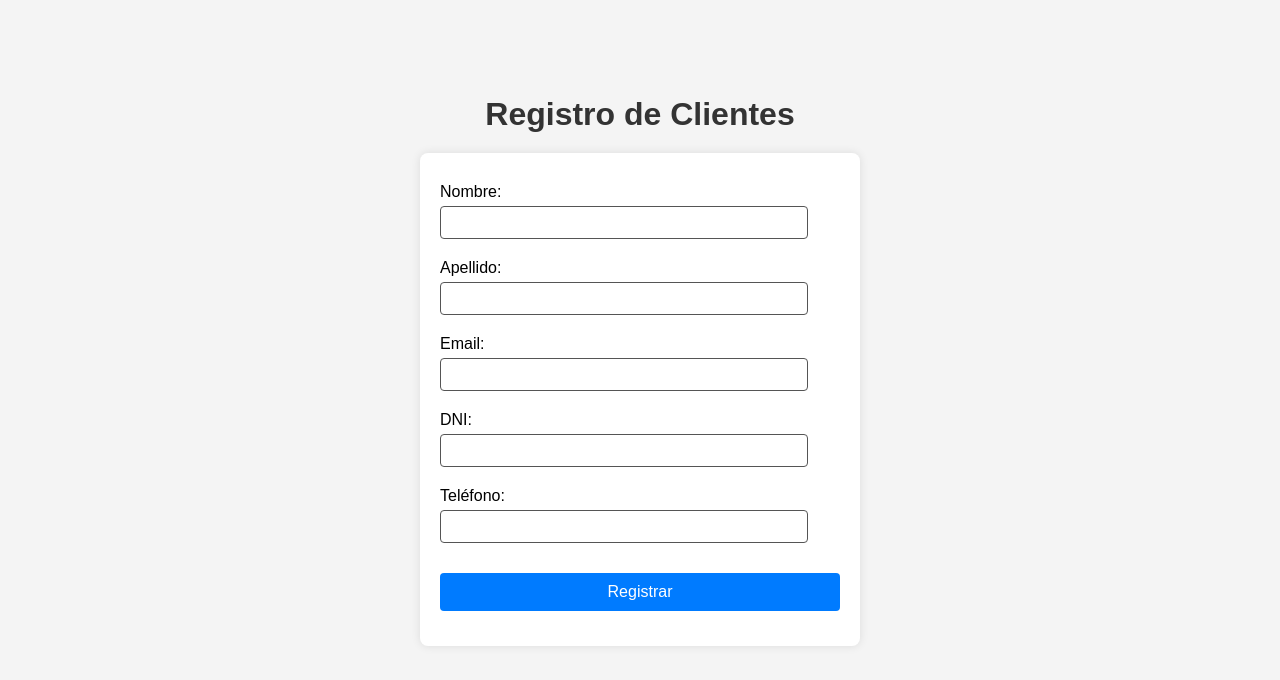
Repository: kevinqg0/Proyecto-Final-Gestion-Hotelera
Page: http://localhost/ProyectoGestionHotelera/RegistroCliente.jsp
An editor plug-in stored every save of this project. The page is shown before and after the next save, followed by the edit.
The browser window is 1280 px wide. The pictures show the whole page.
The page is served by Tomcat 9.

Above is the page before, as saved 2024-10-23 00:48:39.

After the next save:
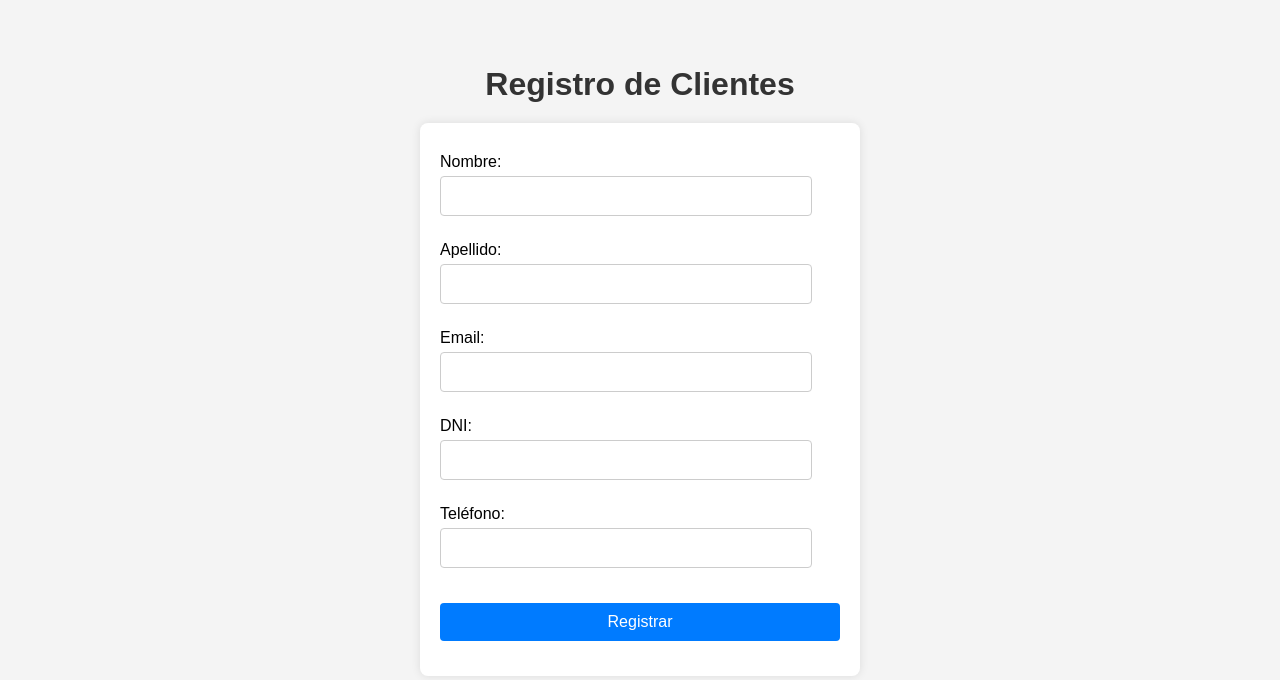
Saved 2 min 29 s later.
--- a/ProyectoGestionHotelera/src/main/webapp/RegistroCliente.jsp
+++ b/ProyectoGestionHotelera/src/main/webapp/RegistroCliente.jsp
@@ -6,7 +6,6 @@
     <meta charset="ISO-8859-1">
     <meta name="viewport" content="width=device-width, initial-scale=1.0">
     <title>Registro de Cliente</title>
-
 
     <link rel="stylesheet" href="estilos/registro.css">
 
@@ -52,16 +51,16 @@
             color: black;
         }
 
-        select, input[type="date"], button {
+        select, input[type="text"], input[type="email"], input[type="tel"], button {
             padding: 10px;
             margin-bottom: 15px;
             border: 1px solid #ccc;
             border-radius: 4px;
             font-size: 16px;
-            color: black;
+            color: black; /* Asegura que el texto sea negro */
         }
 
-        select:focus, input[type="date"]:focus, button:focus {
+        select:focus, input[type="text"]:focus, input[type="email"]:focus, input[type="tel"]:focus, button:focus {
             border-color: #007bff;
             outline: none;
         }
@@ -76,8 +75,6 @@
 
         button:hover {
             background-color: #0056b3;
-        }
-
         }
     </style>
 

After the save that followed:
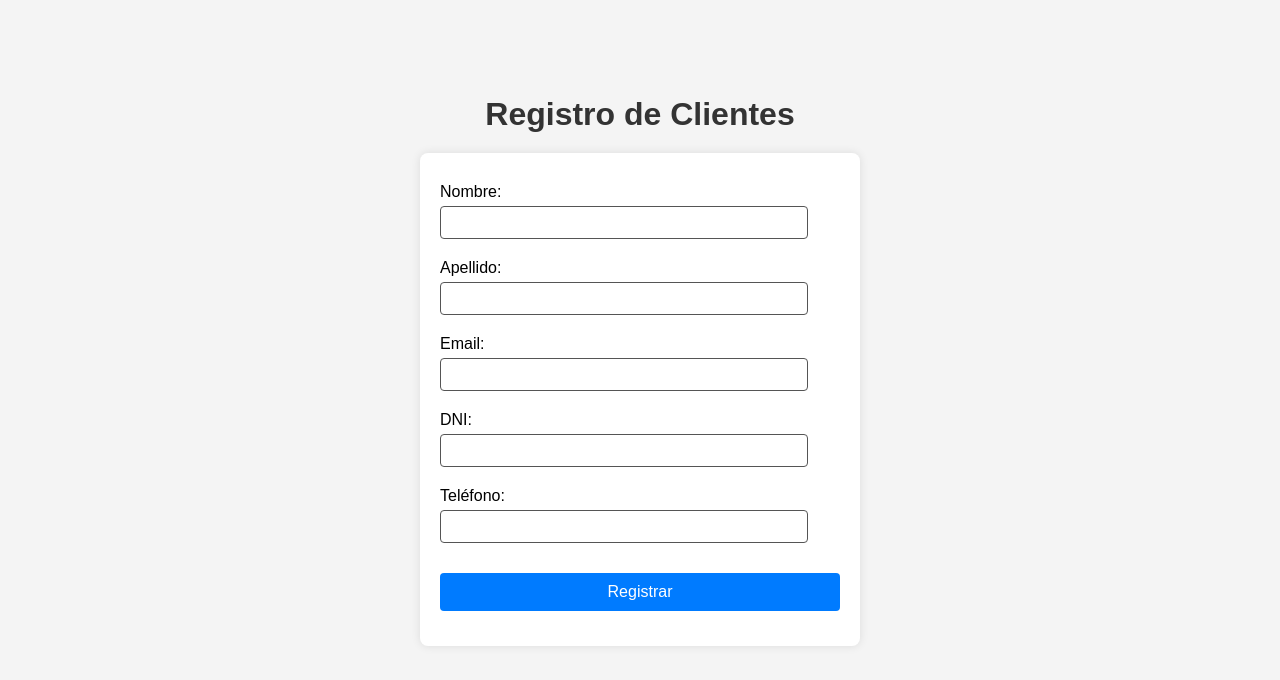
Saved 74 s later.
--- a/ProyectoGestionHotelera/src/main/webapp/RegistroCliente.jsp
+++ b/ProyectoGestionHotelera/src/main/webapp/RegistroCliente.jsp
@@ -6,6 +6,7 @@
     <meta charset="ISO-8859-1">
     <meta name="viewport" content="width=device-width, initial-scale=1.0">
     <title>Registro de Cliente</title>
+
 
     <link rel="stylesheet" href="estilos/registro.css">
 
@@ -51,16 +52,16 @@
             color: black;
         }
 
-        select, input[type="text"], input[type="email"], input[type="tel"], button {
+        select, input[type="date"], button {
             padding: 10px;
             margin-bottom: 15px;
             border: 1px solid #ccc;
             border-radius: 4px;
             font-size: 16px;
-            color: black; /* Asegura que el texto sea negro */
+            color: black;
         }
 
-        select:focus, input[type="text"]:focus, input[type="email"]:focus, input[type="tel"]:focus, button:focus {
+        select:focus, input[type="date"]:focus, button:focus {
             border-color: #007bff;
             outline: none;
         }
@@ -75,6 +76,8 @@
 
         button:hover {
             background-color: #0056b3;
+        }
+
         }
     </style>
 
